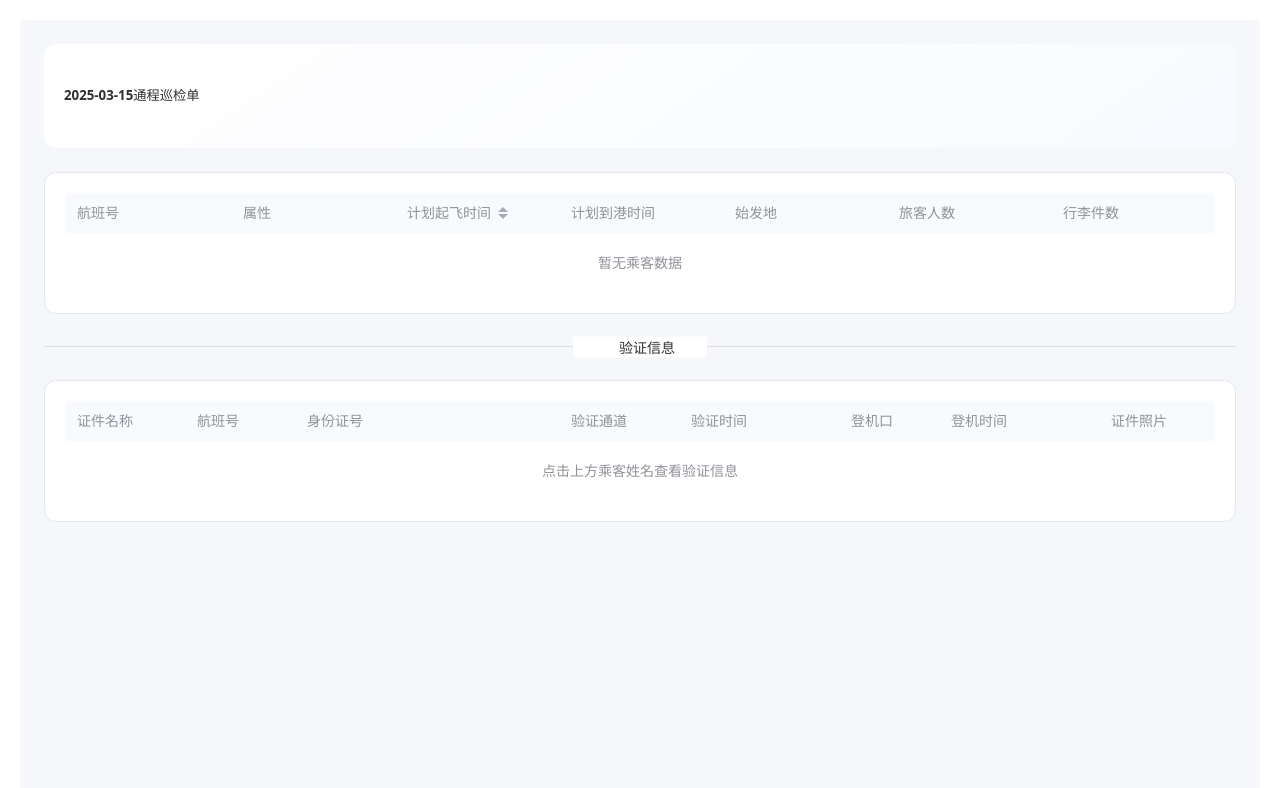
Repository: jhonMacTavish/through-baggage-info-check
Page: / (app in web/)
The author's editor kept a copy of each file at every save. The page is drawn from the files as they stood at one save, then again after a run of saves.
The browser window is 1280 px wide. The pictures show the whole page.
The page's requests for data from a server got no answer. The project was rebuilt for these pictures with package versions that can differ from the ones it lists, and the page was loaded fresh each time. No one was signed in, and anything a server would have sent is missing. Also part of the build but not shown: web/vite.config.js, web/src/components/Header.vue.

Above is the page before, as saved 2025-03-27 14:36:21.

After the next 2 saves:
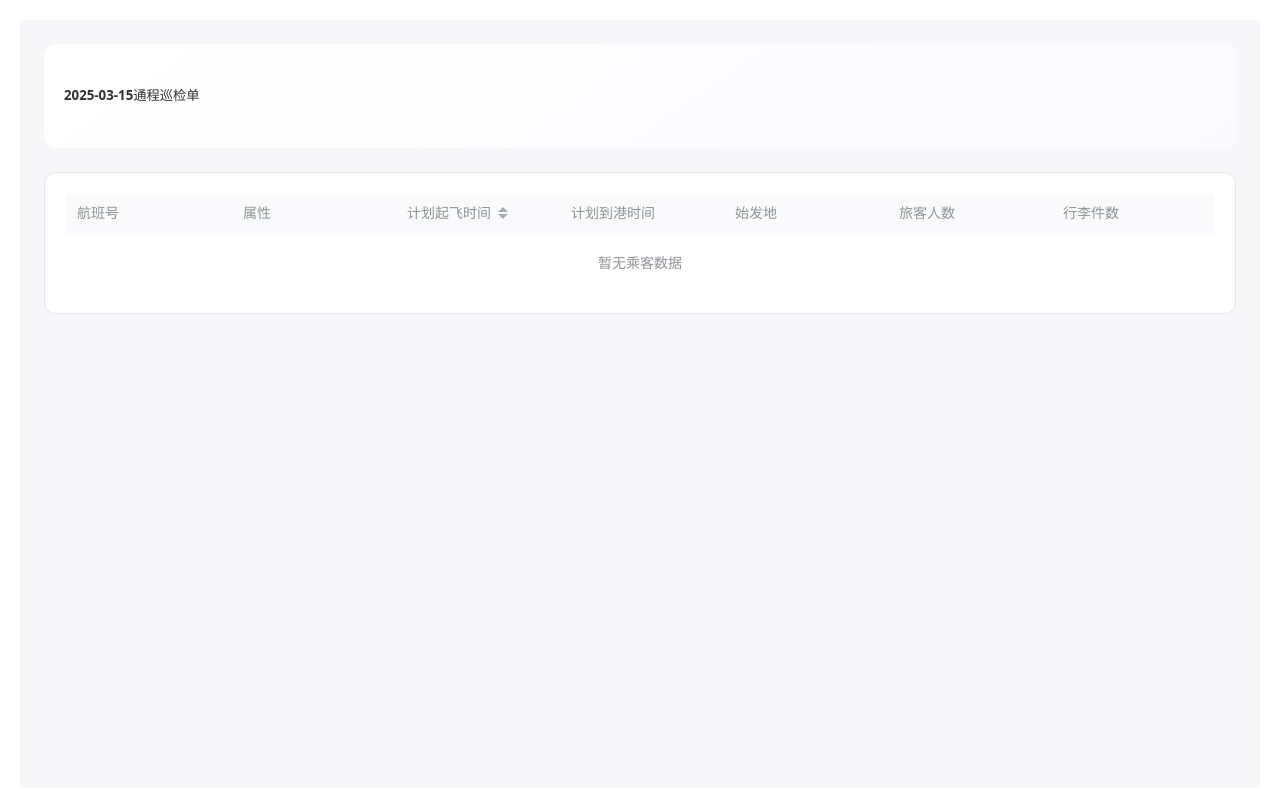
The 2 saves are shown as one change because they came seconds apart.
The last was saved 36 s later.
--- a/web/src/App.vue
+++ b/web/src/App.vue
@@ -2,7 +2,7 @@
  * @Author: john_mactavish 981192661@qq.com
  * @Date: 2025-03-12 09:20:58
  * @LastEditors: john_mactavish 981192661@qq.com
- * @LastEditTime: 2025-03-27 14:35:45
+ * @LastEditTime: 2025-03-27 14:36:56
  * @FilePath: \passengerInfoSearch\web\src\App.vue
 -->
 <script setup>
@@ -73,42 +73,6 @@ onMounted(() => {
               <el-table-column prop="行李件数" label="行李件数" />
             </el-table>
           </el-skeleton>
-        </el-card>
-
-        <!-- 分隔线 -->
-        <el-divider class="custom-divider">
-          <el-icon><arrow-down /></el-icon>
-          <span class="divider-text">验证信息</span>
-        </el-divider>
-
-        <!-- 验证信息卡片 -->
-        <el-card shadow="hover" class="table-card">
-          <el-table :data="verifyData" empty-text="点击上方乘客姓名查看验证信息">
-            <el-table-column prop="CARD_NAME" label="证件名称" width="120" />
-            <el-table-column prop="FLIGHT_NO" label="航班号" width="110" />
-            <el-table-column prop="ID_CARD" label="身份证号" min-width="180" />
-            <el-table-column prop="CHANNEL" label="验证通道" width="120" />
-            <el-table-column prop="VERIFY_TIME" label="验证时间" width="160" />
-            <el-table-column prop="GATE" label="登机口" width="100" />
-            <el-table-column prop="BOARD_TIME" label="登机时间" width="160" />
-            <el-table-column label="证件照片">
-              <template #default="scope">
-                <el-image style="width: 100px; height: 100px" :src="`http://10.33.113.23:8002${scope.row.PASS_PHOTO}`"
-                  :zoom-rate="1.2" :max-scale="7" :min-scale="0.2"
-                  :preview-src-list="[`http://10.33.113.23:8002${scope.row.PASS_PHOTO}`]" show-progress
-                  :initial-index="4" fit="cover" :z-index="9999">
-                  <template #error>
-                    <div class="image-error">
-                      <el-icon>
-                        <picture />
-                      </el-icon>
-                      <span>加载失败</span>
-                    </div>
-                  </template>
-                </el-image>
-              </template>
-            </el-table-column>
-          </el-table>
         </el-card>
       </el-main>
     </el-container>
